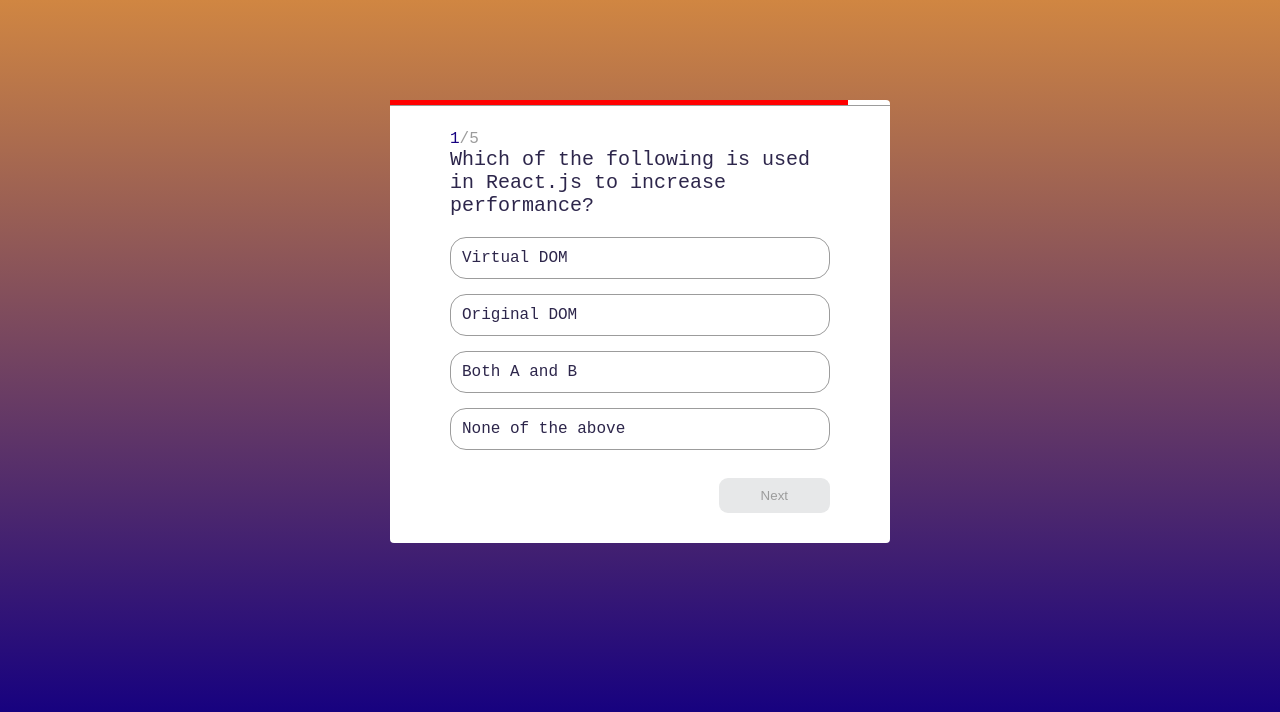
Repository: Abhi2807ar/quiz-appp
Page: /
These files come from the project's save history. The page is drawn as it stood at one moment and after the next save; the edit follows.
The browser window is 1280 px wide. The pictures show the whole page.
The project was rebuilt for these pictures with package versions that can differ from the ones it lists, and the page was loaded fresh each time. Also part of the build but not shown: vite.config.js, src/components/Result/Result.scss, src/components/Result/Result.jsx.

Above is the page before, as saved 2024-10-10 04:41:16.

### src/main.jsx
import React from "react";
import ReactDOM from "react-dom/client";
import App from "./App.jsx";
import "./styles/index.scss";

ReactDOM.createRoot(document.getElementById("root")).render(<App />);

### src/App.jsx

import Quiz from "./components/Quiz/Quiz";
import { useEffect,useState } from "react";
import {jsQuizz} from "./constants";
function App() {
  return <Quiz questions={jsQuizz.questions}/>;

}

export default App

### src/styles/index.scss
@import "./vars.scss";
body{
    font-family:monospace;
    background:linear-gradient(0deg, $primary 0.03%, $accent);
    color:$foreground;
    display:flex;
    justify-content:center;
    margin: 0 auto;
    padding: 0 30px;
    height: 100vh;

}

### src/components/Quiz/Quiz.jsx
 import { useState }from "react";
import { resultInitalState } from "../../constants";
import "./Quiz.scss";
import AnswerTimer from "../AnswerTimer/AnswerTimer";
import Result from '../Result/Result';

    const Quiz = ({ questions }) => {
    const [currentQuestion, setCurrentQuestion] = useState(0);
    const [answerIdx, setAnswerIdx] = useState(null);
    const [answer, setAnswer] = useState(null);
    const [result, setResult] = useState(resultInitalState);
    const [showResult, setShowResult] = useState(false);
     const[showAnswerTimer, setShowAnswerTimer]=useState(true);
     const[inputAnswer,setInputAnswer]=useState("");

    const { question, choices, correctAnswer } = questions[currentQuestion];

    const onAnwswerClick= (answer, index) => {
    setAnswerIdx(index);
    if (answer === correctAnswer) {
     setAnswer(true);
    } else {
    setAnswer(false);
     }
     };

 const onClickNext = (finalAnswer) => {
            setAnswerIdx(null);
            setShowAnswerTimer(false);
            setInputAnswer("");
            setResult((prev) =>
                finalAnswer
            ? {
                ...prev,
            score: prev.score + 5,
            correctAnswers : prev.correctAnswers + 1,
            }
            : {
                 ...prev,
            wrongAnswers: prev.wrongAnswers + 1,
                }
            );

                if (currentQuestion !== questions.length-1) {
                    setCurrentQuestion ((prev) => prev + 1);
                    } else {
                    setCurrentQuestion(0);
                    setShowResult(true);
                    }

                    setTimeout(() => {
                    setShowAnswerTimer(true);
                    });

    };


const onTryAgain = () => {
    setResult(resultInitalState);
    setShowResult(false);
}

const handleTimeUp= () =>{
    setAnswer(false);
    onClickNext(false);

};

                    return (
                        <div className="quiz-container">
                            {!showResult ? (
                            <>
   {showAnswerTimer && <AnswerTimer duration={5} onTimeUp={handleTimeUp} />}
<span className="active-question-no">{currentQuestion + 1}</span>

<span className="total-question">/{questions.length}</span>
<h2>{question}</h2>
<ul>
{choices.map((choice, index) => (
<li
 onClick={()=>onAnwswerClick(choice,index)}
 key={choice}
 className={answerIdx===index?"selected-answer" :null}
 >
    {choice}
 </li>
))}
</ul>
<div className="footer">
    <button onClick={()=>onClickNext(answer)} disabled={answerIdx===null}>
        {currentQuestion===questions.length -1 ? "Finish" :"Next"}
    </button>
    </div>
    </>
    ) : (
<Result
 result={result}
 onTryAgain ={onTryAgain}
 totalQuestions={questions.length}/>
)}
</div>
);
};
export default Quiz;

### src/constants.js
export const jsQuizz = {
    questions: [
      {
        question:
          "Which of the following is used in React.js to increase performance?",
        choices: [
          "Virtual DOM",
          "Original DOM",
          "Both A and B",
          "None of the above",
        ],
        type: "MCQs",
        correctAnswer: "Virtual DOM",
      },
      {
        question: "What is ReactJS?",
        choices: [
          "Server-side framework",
          "User Interface framework",
          "both a and b",
          "None of the above",
        ],
        type: "MCQs",
        correctAnswer: "User Interface framework",
      },
      {
        question:
          "Identify the one which is used to pass data to components from outside",
        choices: ["Render with arguments", "setState", "PropTypes", "props"],
        type: "MCQs",
        correctAnswer: "props",
      },
      {
        question: "In which language is React.js written?",
        choices: ["Python", "Java", "C#", "JavaScript"],
        type: "MCQs",
        correctAnswer: "JavaScript",
      },
      {
        question: "What is Babel?",
        choices: [
          "JavaScript interpreter",
          "JavaScript transpiler",
          "JavaScript compiler",
          "None of the above",
        ],
        type: "MCQs",
        correctAnswer: "JavaScript compiler",
      },
    ],
  };

  export const resultInitalState={
    score:0,
    correctAnswers:0,
    wrongAnswers:0
  };

### src/styles/vars.scss
$primary:#150080;
$accent:#d08642;
$bg:#ffffff;
$bg-accent:#e7e8e9;
$disabled:#9c9c9c;
$foreground:#2d264b;

### src/components/Quiz/Quiz.scss
@import "../../styles/vars.scss";

.quiz-container{
    width:500px;
    background:$bg;
    border-radius:4px;
    margin-top:100px;
    padding:30px 60px;
    box-sizing:border-box;
    position:relative;

    .active-question-no{
        font-size:16px;
        font-weight: 500;
        color:$primary;
    }
    .total-question{
        font-size:16px;
        font-weight: 500;
        color:$disabled;
    }

    h2{
        font-size:20px;
        font-weight: 500;
        margin:0;
    }
    ul{
        margin-top: 20px;
        margin-left:-40px;
        li{
            text-decoration: none;
            list-style:none;
            color:$foreground;
            font-size: 16px;
            background: $bg;
            border:1px solid $disabled;
            border-radius: 16px;
            padding:11px;
            margin-top: 15px;
            cursor: pointer;
        }
        .selected-answer{
            background:$primary;
            border:1px solid $accent;
            color:$bg;

        }
    }
    .footer{
        display: flex;
        justify-content: flex-end;
    }
    button{
        background:linear-gradient(0deg,$primary 0.03%,$accent);
        border-radius: 9px;
        font: size 18px;
        color:$bg;
        padding:10px 42px;
        outline:none;
        border:none;
        margin-top: 15px;
        cursor:pointer;

        &:disabled{
            background:$bg-accent;
            color:$disabled;
            cursor:not-allowed;
        }
    }

}

### src/components/AnswerTimer/AnswerTimer.jsx
import "./AnswerTimer.scss";
import { useEffect,useState,useRef } from "react";
function AnswerTimer({ duration, onTimeUp }) {
    const[counter,setCounter]=useState(0);
    const[progressLoaded,setProgresssLoaded]=useState(0);
    const intervalRef=useRef();

    useEffect(()=>{
        intervalRef.current=setInterval(()=>{
            setCounter((cur)=>cur+1);
        },1000);

        return () => clearInterval(intervalRef.current);
    },[]);

    useEffect(()=>{
        setProgresssLoaded(100*(counter/duration));

        if(counter===duration){
            clearInterval(intervalRef.current);

            setTimeout(() => {
                onTimeUp();
            },1000);
       }
    },[counter]);

    return(
        <div className="answer-timer-container">
            <div
            style={{
                width: `${progressLoaded}%`,
                backgroundColor: `${
                    progressLoaded < 40
                    ? "lightgreen"
                    : progressLoaded<70
                    ?"orange"
                    :"red"
                }`,
            }}
         className="progress"
         ></div>
        </div>
    );
}
export default AnswerTimer;

### src/components/AnswerTimer/AnswerTimer.scss
@import '../../styles/vars.scss';
.answer-timer-container{
    position:absolute;
    top:0;
    left:0;
    width:100%;
    border-bottom: 1px solid $disabled;
    .progress{
        height: 5px;
        transition-duration:1s;
        width:0;
        transition-timing-function: linear;

    }
}

Loaded but not shown: index.html (common file)

After the next save:
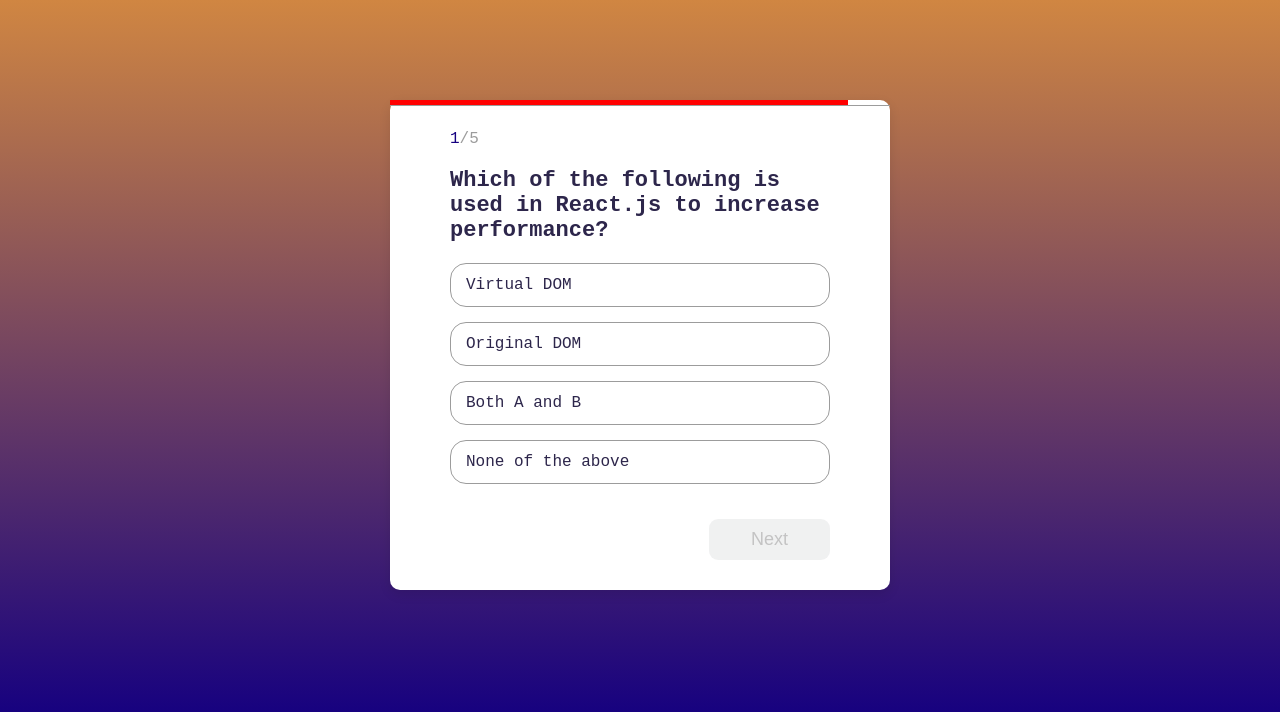
Saved 55 s later.
--- a/src/components/Quiz/Quiz.scss
+++ b/src/components/Quiz/Quiz.scss
@@ -1,72 +1,93 @@
 @import "../../styles/vars.scss";
 
-.quiz-container{
-    width:500px;
-    background:$bg;
-    border-radius:4px;
-    margin-top:100px;
-    padding:30px 60px;
-    box-sizing:border-box;
-    position:relative;
+.quiz-container {
+    width: 500px;
+    background: $bg;
+    border-radius: 10px; /* Increased border-radius for a smoother look */
+    margin-top: 100px;
+    padding: 30px 60px;
+    box-sizing: border-box;
+    position: relative;
+    box-shadow: 0 4px 12px rgba(0, 0, 0, 0.1); /* Added a subtle shadow for depth */
 
-    .active-question-no{
-        font-size:16px;
+    .active-question-no, .total-question {
+        font-size: 16px;
         font-weight: 500;
-        color:$primary;
-    }
-    .total-question{
-        font-size:16px;
-        font-weight: 500;
-        color:$disabled;
-    }
+        display: inline-block;
+        margin-bottom: 10px;
+        color: $primary;
 
-    h2{
-        font-size:20px;
-        font-weight: 500;
-        margin:0;
-    }
-    ul{
-        margin-top: 20px;
-        margin-left:-40px;
-        li{
-            text-decoration: none;
-            list-style:none;
-            color:$foreground;
-            font-size: 16px;
-            background: $bg;
-            border:1px solid $disabled;
-            border-radius: 16px;
-            padding:11px;
-            margin-top: 15px;
-            cursor: pointer;
-        }
-        .selected-answer{
-            background:$primary;
-            border:1px solid $accent;
-            color:$bg;
-
-        }
-    }
-    .footer{
-        display: flex;
-        justify-content: flex-end;
-    }
-    button{
-        background:linear-gradient(0deg,$primary 0.03%,$accent);
-        border-radius: 9px;
-        font: size 18px;
-        color:$bg;
-        padding:10px 42px;
-        outline:none;
-        border:none;
-        margin-top: 15px;
-        cursor:pointer;
-
-        &:disabled{
-            background:$bg-accent;
-            color:$disabled;
-            cursor:not-allowed;
+        &.total-question {
+            color: $disabled;
         }
     }
 
+    h2 {
+        font-size: 22px; /* Slightly larger for better emphasis */
+        font-weight: 600; /* Increased weight to differentiate header */
+        margin: 10px 0;
+        color: $foreground;
+    }
+
+    ul {
+        margin-top: 20px;
+        margin-left: 0; /* Reset margin for better alignment */
+        padding: 0;
+
+        li {
+            text-decoration: none;
+            list-style: none;
+            font-size: 16px;
+            color: $foreground;
+            background: $bg;
+            border: 1px solid $disabled;
+            border-radius: 16px;
+            padding: 12px 15px;
+            margin-top: 15px;
+            cursor: pointer;
+            transition: background 0.3s ease, border-color 0.3s ease; /* Smooth hover transitions */
+
+            &:hover {
+                background: lighten($primary, 20%);
+                border-color: $primary;
+            }
+
+            &.selected-answer {
+                background: $primary;
+                border: 1px solid $accent;
+                color: $bg;
+                font-weight: bold;
+            }
+        }
+    }
+
+    .footer {
+        display: flex;
+        justify-content: flex-end;
+        margin-top: 20px;
+    }
+
+    button {
+        background: linear-gradient(90deg, $primary 0%, $accent 100%);
+        border-radius: 9px;
+        font-size: 18px;
+        color: $bg;
+        padding: 10px 42px;
+        outline: none;
+        border: none;
+        margin-top: 15px;
+        cursor: pointer;
+        transition: background 0.3s ease, transform 0.2s ease; /* Added transition and interaction effect */
+
+        &:hover {
+            transform: scale(1.05); /* Slightly enlarge button on hover */
+        }
+
+        &:disabled {
+            background: $bg-accent;
+            color: $disabled;
+            cursor: not-allowed;
+            opacity: 0.6;
+        }
+    }
 }
